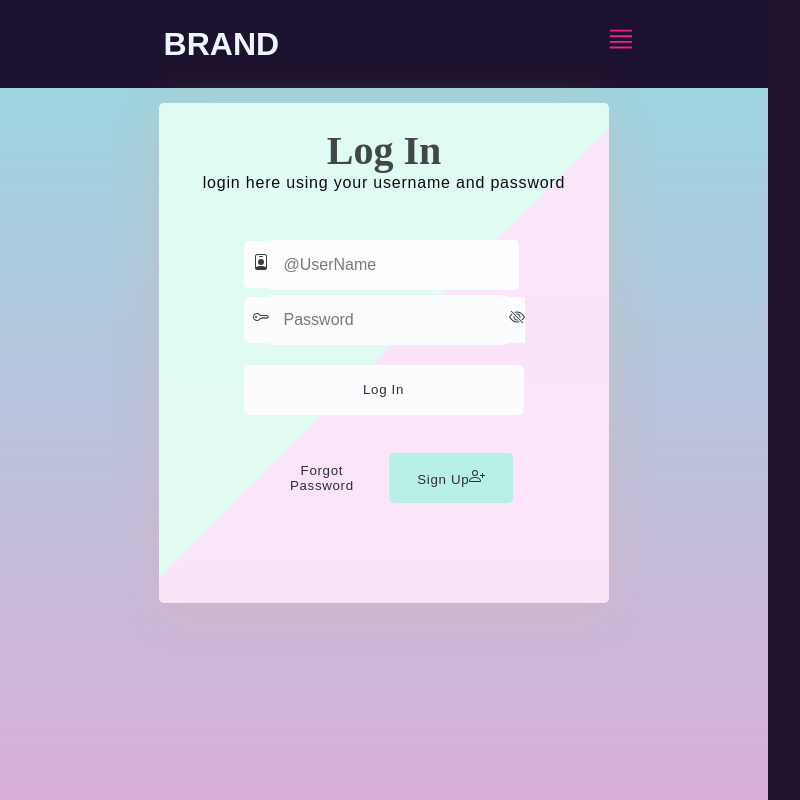
Repository: code-mtaani/ojwang-frontend
Page: /signup
These files come from the project's save history. The page is drawn as it stood at one moment and after the next save; the edit follows.
The browser window is 768 px wide. The page is 800 px wide, then 768 px, then 800 px, so the pictures cover 800 px, including what lies to the right of the window. The pictures show the whole page.
The project was rebuilt for these pictures with package versions that can differ from the ones it lists, and the page was loaded fresh each time. Also part of the build but not shown: vite.config.ts, src/Pages/HomePage/Home.pages.tsx, src/Pages/SignIn/SignIn.pages.tsx.

Above is the page before, as saved 2023-02-01 10:47:36.

### src/App.tsx
import { BrowserRouter as Router, Routes, Route } from "react-router-dom";

import Navigation from "./Components/Nav";
import Home from './Pages/HomePage'
import SignIn from "./Pages/SignIn";
import SignUp from "./Pages/SignUp"

function App() {
  return (
    <Router>
      <div className="App">
        <Navigation />
        <Routes>
          <Route path="/" element={<Home />} />
          <Route path="/signin" element={<SignIn/>} />
          <Route path="/signup" element={<SignUp/>} />
        </Routes>
      </div>
    </Router>
  );
}

export default App;

### src/index.css
body {
  margin: 0;
  width: 100vw;
  padding: 0;
  min-width: 320px;
  min-height: 100vh;
  box-sizing: border-box;
}
.app{
  width: 100%;
  height: 100%;
}
@media screen and (min-width: 440px) {
  .app{
    border:2px solid green;
  }
}

### src/Components/Nav/index.js
export {default} from './Navigation.component'

### src/Pages/HomePage/index.ts
export { default } from "./Home.pages";

### src/Pages/SignIn/index.ts
export { default } from './SignIn.pages'

### src/Pages/SignUp/index.ts
export {default} from './SignUp.pages'

### src/Components/Nav/Navigation.component.tsx
import React from "react";
import {Link} from "react-router-dom"
import './nav.css'

const Navigation = () => {
  return (
    <nav className="navbar">
      <div className="left">
        <h1><Link to="/"> BRAND </Link></h1>
      </div>

      <div className="right">
        <input type="checkbox" id="check" />
        <label htmlFor="check" className="checkBtn">
          <svg
            xmlns="http://www.w3.org/2000/svg"
            width="30"
            height="30"
            fill="currentColor"
            className="bi bi-justify"
            viewBox="0 0 16 16"
          >
            <path
              fillRule="evenodd"
              d="M2 12.5a.5.5 0 0 1 .5-.5h11a.5.5 0 0 1 0 1h-11a.5.5 0 0 1-.5-.5zm0-3a.5.5 0 0 1 .5-.5h11a.5.5 0 0 1 0 1h-11a.5.5 0 0 1-.5-.5zm0-3a.5.5 0 0 1 .5-.5h11a.5.5 0 0 1 0 1h-11a.5.5 0 0 1-.5-.5zm0-3a.5.5 0 0 1 .5-.5h11a.5.5 0 0 1 0 1h-11a.5.5 0 0 1-.5-.5z"
            />
          </svg>
        </label>

        <ul className="list">
          <li> <Link to="/">Home</Link></li>
          <li> <Link to="/signin">Sign In</Link></li>
          <li> <Link to="signup">Sign Up</Link></li>
        </ul>
      </div>
    </nav>
  );
};

export default Navigation;

### src/Pages/SignUp/SignUp.pages.tsx
import React from "react";
import './Signup.css'

const SignUp = () => {
  return (
    <div className="overlay">
      <form>
        {/* con = Container  for items in the form */}
        <div className="con">
          {/* <!--     Start  header Content  --> */}
          <header className="head-form">
            <h2>Log In</h2>
            {/* <!--     A welcome message or an explanation of the login form --> */}
            <p>login here using your username and password</p>
          </header>
          {/* End  header Content */}
          <br />
          <div className="field-set">
            {/*user name */}
            <span className="input-item">
              <svg
                xmlns="http://www.w3.org/2000/svg"
                width="16"
                height="16"
                fill="currentColor"
                className="bi bi-person-badge"
                viewBox="0 0 16 16"
              >
                <path d="M6.5 2a.5.5 0 0 0 0 1h3a.5.5 0 0 0 0-1h-3zM11 8a3 3 0 1 1-6 0 3 3 0 0 1 6 0z" />
                <path d="M4.5 0A2.5 2.5 0 0 0 2 2.5V14a2 2 0 0 0 2 2h8a2 2 0 0 0 2-2V2.5A2.5 2.5 0 0 0 11.5 0h-7zM3 2.5A1.5 1.5 0 0 1 4.5 1h7A1.5 1.5 0 0 1 13 2.5v10.795a4.2 4.2 0 0 0-.776-.492C11.392 12.387 10.063 12 8 12s-3.392.387-4.224.803a4.2 4.2 0 0 0-.776.492V2.5z" />
              </svg>
            </span>
            {/* user name Input */}
            <input
              className="form-input"
              id="txt-input"
              type="text"
              placeholder="@UserName"
              required
            />

            <br />

            {/*Password */}

            <span className="input-item">
              <svg
                xmlns="http://www.w3.org/2000/svg"
                width="16"
                height="16"
                fill="currentColor"
                className="bi bi-key"
                viewBox="0 0 16 16"
              >
                <path d="M0 8a4 4 0 0 1 7.465-2H14a.5.5 0 0 1 .354.146l1.5 1.5a.5.5 0 0 1 0 .708l-1.5 1.5a.5.5 0 0 1-.708 0L13 9.207l-.646.647a.5.5 0 0 1-.708 0L11 9.207l-.646.647a.5.5 0 0 1-.708 0L9 9.207l-.646.647A.5.5 0 0 1 8 10h-.535A4 4 0 0 1 0 8zm4-3a3 3 0 1 0 2.712 4.285A.5.5 0 0 1 7.163 9h.63l.853-.854a.5.5 0 0 1 .708 0l.646.647.646-.647a.5.5 0 0 1 .708 0l.646.647.646-.647a.5.5 0 0 1 .708 0l.646.647.793-.793-1-1h-6.63a.5.5 0 0 1-.451-.285A3 3 0 0 0 4 5z" />
                <path d="M4 8a1 1 0 1 1-2 0 1 1 0 0 1 2 0z" />
              </svg>
            {/*Password Input */}
            <input
              className="form-input"
              type="password"
              placeholder="Password"
              id="pwd"
              name="password"
              required
              />

            {/*  Show/hide password */}
            <span>
              <svg
                xmlns="http://www.w3.org/2000/svg"
                width="16"
                height="16"
                fill="currentColor"
                className="bi bi-eye-slash"
                viewBox="0 0 16 16"
                >
                <path d="M13.359 11.238C15.06 9.72 16 8 16 8s-3-5.5-8-5.5a7.028 7.028 0 0 0-2.79.588l.77.771A5.944 5.944 0 0 1 8 3.5c2.12 0 3.879 1.168 5.168 2.457A13.134 13.134 0 0 1 14.828 8c-.058.087-.122.183-.195.288-.335.48-.83 1.12-1.465 1.755-.165.165-.337.328-.517.486l.708.709z" />
                <path d="M11.297 9.176a3.5 3.5 0 0 0-4.474-4.474l.823.823a2.5 2.5 0 0 1 2.829 2.829l.822.822zm-2.943 1.299.822.822a3.5 3.5 0 0 1-4.474-4.474l.823.823a2.5 2.5 0 0 0 2.829 2.829z" />
                <path d="M3.35 5.47c-.18.16-.353.322-.518.487A13.134 13.134 0 0 0 1.172 8l.195.288c.335.48.83 1.12 1.465 1.755C4.121 11.332 5.881 12.5 8 12.5c.716 0 1.39-.133 2.02-.36l.77.772A7.029 7.029 0 0 1 8 13.5C3 13.5 0 8 0 8s.939-1.721 2.641-3.238l.708.709zm10.296 8.884-12-12 .708-.708 12 12-.708.708z" />
              </svg>
                </span>
            </span>

            <br />
            {/*  buttons */}
            {/*button LogIn */}
            <button className="log-in"> Log In </button>
          </div>

          {/* other buttons */}
          <div className="other">
            {/* Forgot Password button */}
            <button className="btn submits frgt-pass">Forgot Password</button>
            {/* Sign Up button */}
            <button className="btn submits sign-up">
              Sign Up
              {/* Sign Up font icon */}
              <svg
                xmlns="http://www.w3.org/2000/svg"
                width="16"
                height="16"
                fill="currentColor"
                className="bi bi-person-plus"
                viewBox="0 0 16 16"
              >
                <path d="M6 8a3 3 0 1 0 0-6 3 3 0 0 0 0 6zm2-3a2 2 0 1 1-4 0 2 2 0 0 1 4 0zm4 8c0 1-1 1-1 1H1s-1 0-1-1 1-4 6-4 6 3 6 4zm-1-.004c-.001-.246-.154-.986-.832-1.664C9.516 10.68 8.289 10 6 10c-2.29 0-3.516.68-4.168 1.332-.678.678-.83 1.418-.832 1.664h10z" />
                <path
                  fillRule="evenodd"
                  d="M13.5 5a.5.5 0 0 1 .5.5V7h1.5a.5.5 0 0 1 0 1H14v1.5a.5.5 0 0 1-1 0V8h-1.5a.5.5 0 0 1 0-1H13V5.5a.5.5 0 0 1 .5-.5z"
                />
              </svg>
            </button>
            {/* End Other the Division */}
          </div>

          {/* End Conrainer */}
        </div>

        {/* End Form */}
      </form>
    </div>
  );
};

export default SignUp;

### src/Components/Nav/nav.css
.navbar{
    background-color: rgb(22,7,36);
    display: flex;
    justify-content: space-around;
    align-items: center;
    line-height: 5rem;
}

.left h1{
    font-size: 2rem;
    cursor: pointer;
}
.left h1 a{
    text-decoration: none;
    color: aliceblue;
}

.checkBtn{
    display: none;
}
#check{
    display: none;
}
.checkBtn{
    cursor: pointer;
    font-size: 30px;
    float: right;
    color: #ed1e79;
    line-height: 88px;
}

.right ul{
    display: flex;
    list-style: none;
}
.right ul li a {
    padding: 10px 20px;
    font-size: 1.2rem;
    color: white;
    cursor: pointer;
    text-decoration: none;
    transition: all 1s;
}

.right ul li a:hover{
    background-color: #fff;
    border-radius: 7px;
    color: rgb(22, 7, 36);
    margin-left: 4px ;
    margin-right: 4px ;
}

/* ================================== Media Queries=================================================== */

@media screen and (max-width:805px){
    .list{
        width: 100%;
        height: 100vh;
        background-color: rgb(22, 7, 36);
        text-align: center;
        display: flex;
        flex-direction: column;
        position: fixed;
        top: 5rem;
        left: 100%;
        transition: all 1s;
    }

    #check{
        display: none;
    }
    .checkBtn{
        display: block;
    }
    #check:checked~ul{
        left: 0%
    }
}
@media screen and (max-width:805px) {
    .navbar{
        width: 100vh;
    }

}

### src/Pages/SignUp/Signup.css

* {
    padding: 0;
    margin: 0;
    box-sizing: border-box;
}
/* End Global rules */

/* Start body rules */
body {
    background-image: linear-gradient(-225deg, #E3FDF5 0%, #FFE6FA 100%);
background-image: linear-gradient(to top, #a8edea 0%, #fed6e3 100%);
background-attachment: fixed;
  background-repeat: no-repeat;

    font-family: 'Vibur', cursive;
/*   the main font */
    font-family: 'Abel', sans-serif;
opacity: .95;
background-image: linear-gradient(to top, #d9afd9 0%, #97d9e1 100%);
}



/* |||||||||||||||||||||||||||||||||||||||||||||*/
/* //////////////////////////////////////////// */




/* End body rules */

/* Start form  attributes */
form {
    width: 450px;
    min-height: 500px;
    height: auto;
    border-radius: 5px;
    margin: 2% auto;
    box-shadow: 0 9px 50px hsla(20, 67%, 75%, 0.31);
    padding: 2%;
    background-image: linear-gradient(-225deg, #E3FDF5 50%, #FFE6FA 50%);
}
/* form Container */
form .con {
    /* display: -webkit-flex; */
    display: flex;

    -webkit-justify-content: space-around;
    justify-content: space-around;

    -webkit-flex-wrap: wrap;
    flex-wrap: wrap;
      margin: 0 auto;
}

/* the header form form */
header {
    margin: 2% auto 10% auto;
    text-align: center;
}
/* Login title form form */
header h2 {
    font-size: 250%;
    font-family: 'Playfair Display', serif;
    color: #3e403f;
}
/*  A welcome message or an explanation of the login form */
header p {letter-spacing: 0.05em;}



/* //////////////////////////////////////////// */
/* //////////////////////////////////////////// */


.input-item {
    background: #fff;
    color: #333;
    padding: 14.5px 0px 15px 9px;
    border-radius: 5px 0px 0px 5px;
}



/* Show/hide password Font Icon */
#eye {
    background: #fff;
    color: #333;

    margin: 5.9px 0 0 0;
    margin-left: -20px;
    padding: 15px 9px 19px 0px;
    border-radius: 0px 5px 5px 0px;

    float: right;
    position: relative;
    right: 1%;
    top: -.2%;
    z-index: 5;

    cursor: pointer;
}
/* inputs form  */
input[class="form-input"]{
    width: 240px;
    height: 50px;

    margin-top: 2%;
    padding: 15px;

    font-size: 16px;
    font-family: 'Abel', sans-serif;
    color: #5E6472;

    outline: none;
    border: none;

    border-radius: 0px 5px 5px 0px;
    transition: 0.2s linear;

}
input[id="txt-input"] {width: 250px;}
/* focus  */
input:focus {
    transform: translateX(-2px);
    border-radius: 5px;
}

/* //////////////////////////////////////////// */
/* //////////////////////////////////////////// */

/* input[type="text"] {min-width: 250px;} */
/* buttons  */
button {
    display: inline-block;
    color: #252537;

    width: 280px;
    height: 50px;

    padding: 0 20px;
    background: #fff;
    border-radius: 5px;

    outline: none;
    border: none;

    cursor: pointer;
    text-align: center;
    transition: all 0.2s linear;

    margin: 7% auto;
    letter-spacing: 0.05em;
}
/* Submits */
.submits {
    width: 48%;
    display: inline-block;
    float: left;
    margin-left: 2%;
}

/*       Forgot Password button FAF3DD  */
.frgt-pass {background: transparent;}

/*     Sign Up button  */
.sign-up {background: #B8F2E6;}


/* buttons hover */
button:hover {
    transform: translatey(3px);
    box-shadow: none;
}

/* buttons hover Animation */
button:hover {
    animation: ani9 0.4s ease-in-out infinite alternate;
}
@keyframes ani9 {
    0% {
        transform: translateY(3px);
    }
    100% {
        transform: translateY(5px);
    }
}

Loaded but not shown: index.html (common file); src/main.tsx (common file)

After the next save:
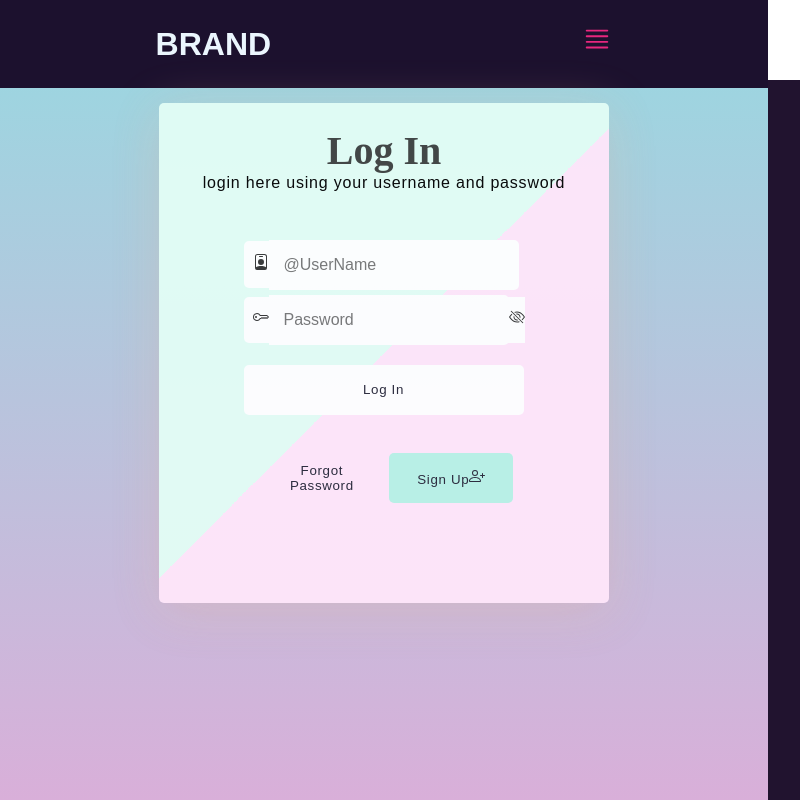
Saved 13 s later.
--- a/src/Components/Nav/nav.css
+++ b/src/Components/Nav/nav.css
@@ -76,9 +76,9 @@
         left: 0%
     }
 }
-@media screen and (max-width:805px) {
+/* @media screen and (max-width:805px) {
     .navbar{
         width: 100vh;
     }
 
-}
+} */

After the 6 saves that followed:
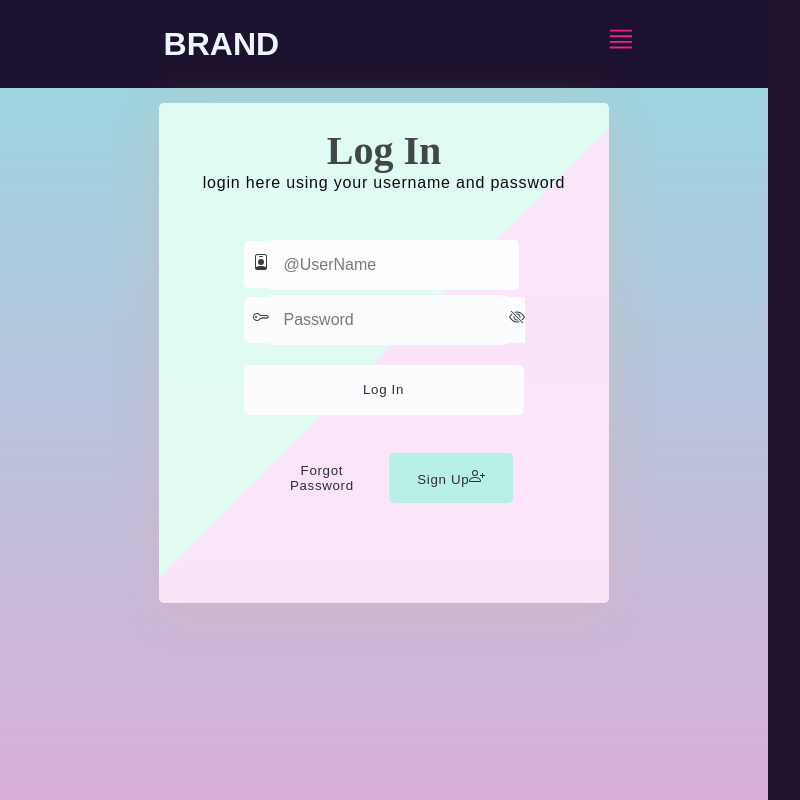
The 6 saves are shown as one change because 2 left the picture as it was and some came seconds apart.
The last was saved 46 s later.
--- a/src/Components/Nav/nav.css
+++ b/src/Components/Nav/nav.css
@@ -76,9 +76,9 @@
         left: 0%
     }
 }
-/* @media screen and (max-width:805px) {
+@media screen and (max-width:805px) {
     .navbar{
         width: 100vh;
     }
 
-} */
+}
